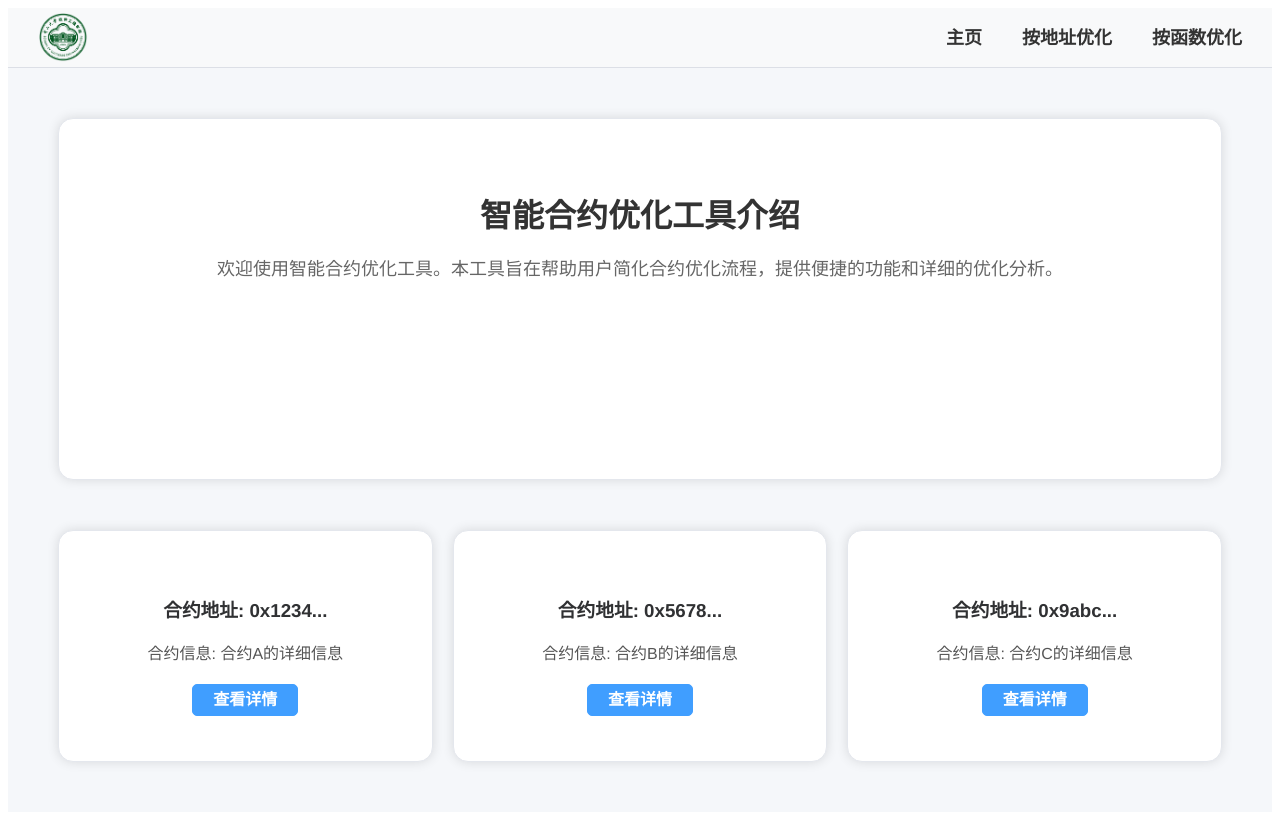
Repository: syckcoding/SmartHalo
Page: /
An editor plug-in stored every save of this project. The page is shown before and after the next save, followed by the edit.
The browser window is 1280 px wide. The pictures show the whole page.
The project was rebuilt for these pictures with package versions that can differ from the ones it lists, and the page was loaded fresh each time. Also part of the build but not shown: vite.config.js, src/views/Detail.vue.

Above is the page before, as saved 2024-10-05 11:49:01.

### src/main.js
import { createApp } from 'vue';
import App from './App.vue';
import router from './router';
import ElementPlus from 'element-plus';
import 'element-plus/dist/index.css';

createApp(App).use(router).use(ElementPlus).mount('#app');

### src/App.vue
<template>
  <div id="app">
    <Navbar />
    <router-view />
  </div>
</template>

<script>
import Navbar from './components/Navbar.vue';

export default {
  components: {
    Navbar,
  },
};
</script>

<style>
/* 样式设置 */
#app {
  font-family: Avenir, Helvetica, Arial, sans-serif;
  text-align: center;
  color: #2c3e50;
}
</style>

### src/router/index.js
import { createRouter, createWebHistory } from 'vue-router';
import Home from '../views/Home.vue';
import Detail from '../views/Detail.vue';

const routes = [
  { path: '/', name: 'Home', component: Home },
  { path: '/detail/:id', name: 'Detail', component: Detail, props: true },
];

const router = createRouter({
  history: createWebHistory(process.env.BASE_URL),
  routes,
});

export default router;

### src/components/Navbar.vue
<template>
  <el-menu :default-active="activeIndex" class="el-menu-demo" mode="horizontal">
    <el-menu-item index="0" class="logo-item">
      <img src="@/assets/intro-image.png" alt="工具LOGO" class="intro-logo" />
    </el-menu-item>
    <div class="menu-right">
      <el-menu-item index="1" @click="goToHome">主页</el-menu-item>
      <el-menu-item index="2" @click="goToAddressOptimization">按地址优化</el-menu-item>
      <el-menu-item index="3" @click="goToFunctionOptimization">按函数优化</el-menu-item>
    </div>
  </el-menu>
</template>

<script>
export default {
  data() {
    return {
      activeIndex: '1',
    };
  },
  methods: {
    goToHome() {
      this.$router.push({ name: 'Home' });
    },
    goToAddressOptimization() {
      this.$router.push({ name: 'Detail', params: { mode: 'address' } });
    },
    goToFunctionOptimization() {
      this.$router.push({ name: 'Detail', params: { mode: 'function' } });
    },
  },
};
</script>

<style scoped>
.el-menu-demo {
  background-color: #f8f9fa;  /* 浅灰色背景，与主页阴影一致 */
  color: #333;
  padding: 10px;
  display: flex;  /* 使用Flex布局 */
  align-items: center;
  justify-content: space-between; /* 主轴两端对齐，使左侧logo与右侧菜单分别靠边 */
}

.logo-item {
  pointer-events: none;
}

.intro-logo {
  width: 50px;
  height: 50px;
  margin-right: 20px;
}

.el-menu-demo .el-menu-item {
  color: #333;
  font-size: 18px;
  font-weight: bold;
  padding: 0 20px;
  transition: color 0.3s ease;
}

.menu-right {
  display: flex;
}
</style>
\

### src/views/Home.vue
<template>
    <div>
      <HomePage />
    </div>
  </template>

  <script>
  import HomePage from '../components/HomePage.vue';

  export default {
    components: {
      HomePage,
    },
  };
  </script>

  <style scoped>
  /* 可根据需要添加样式 */
  </style>

### src/components/HomePage.vue
<!-- 版本一 -->
<!-- <template>
  <div class="home">
    <el-row :gutter="20" class="intro-section">
      <el-col :span="24">
        <el-card class="intro-card">
          <h1 class="intro-title">智能合约优化工具介绍</h1>
          <p class="intro-description">这里是对工具的介绍，包括其主要功能和特色。</p>
        </el-card>
      </el-col>
    </el-row>

    <el-row :gutter="20" class="contracts">
      <el-col :span="8" v-for="contract in contracts" :key="contract.id">
        <el-card class="box-card">
          <div class="card-header">
            <h3>合约地址: {{ contract.address }}</h3>
          </div>
          <div class="card-content">
            <p>合约信息: {{ contract.info }}</p>
          </div>
          <div class="card-actions center-button">
            <el-button type="primary" @click="viewDetails(contract.id)">查看详情</el-button>
          </div>
        </el-card>
      </el-col>
    </el-row>
  </div>
</template>

<script>
export default {
  data() {
    return {
      contracts: [
        { id: 1, address: '0x1234...', info: '合约A的详细信息' },
        { id: 2, address: '0x5678...', info: '合约B的详细信息' },
        { id: 3, address: '0x9abc...', info: '合约C的详细信息' },
      ],
    };
  },
  methods: {
    viewDetails(contractId) {
      this.$router.push({ name: 'Detail', params: { id: contractId } });
    },
  },
};
</script>

<style scoped>
.home {
  padding: 40px;
  background-color: #f8f9fa;
}
.intro-section {
  margin-bottom: 40px;
}
.intro-card {
  padding: 20px;
  min-height: 350px;
  background-color: #ffffff;
  border-radius: 10px;
  box-shadow: 0 4px 8px rgba(0, 0, 0, 0.1);
}
.intro-title {
  font-size: 28px;
  font-weight: bold;
  color: #333;
  margin-bottom: 10px;
}
.intro-description {
  font-size: 16px;
  color: #666;
}
.contracts {
  margin-top: 20px;
}
.box-card {
  padding: 20px;
  background-color: #ffffff;
  border-radius: 10px;
  box-shadow: 0 4px 8px rgba(0, 0, 0, 0.1);
  transition: transform 0.3s ease;
}
.box-card:hover {
  transform: translateY(-5px);
}
.card-header {
  margin-bottom: 10px;
}
.card-content {
  font-size: 14px;
  color: #555;
  margin-bottom: 15px;
}
.card-actions {
  text-align: center;
  display: flex;
  justify-content: center;
  align-items: center;
}
.center-button {
  margin-top: 15px;
}
.el-button {
  background-color: #409eff;
  border-color: #409eff;
  color: #ffffff;
}
.el-button:hover {
  background-color: #66b1ff;
  border-color: #66b1ff;
}
</style> -->


<!-- 版本二 -->
<template>
  <div class="home">
    <el-row :gutter="20" class="intro-section">
      <el-col :span="24">
        <el-card class="intro-card">
          <h1 class="intro-title">智能合约优化工具介绍</h1>
          <p class="intro-description">欢迎使用智能合约优化工具。本工具旨在帮助用户简化合约优化流程，提供便捷的功能和详细的优化分析。</p>
        </el-card>
      </el-col>
    </el-row>

    <el-row :gutter="20" class="contracts">
      <el-col :span="8" v-for="contract in contracts" :key="contract.id">
        <el-card class="box-card">
          <div class="card-header">
            <h3>合约地址: {{ contract.address }}</h3>
          </div>
          <div class="card-content">
            <p>合约信息: {{ contract.info }}</p>
          </div>
          <div class="card-actions center-button">
            <el-button type="primary" @click="viewDetails(contract.id)" class="details-button">查看详情</el-button>
          </div>
        </el-card>
      </el-col>
    </el-row>
  </div>
</template>

<script>
export default {
  data() {
    return {
      contracts: [
        { id: 1, address: '0x1234...', info: '合约A的详细信息' },
        { id: 2, address: '0x5678...', info: '合约B的详细信息' },
        { id: 3, address: '0x9abc...', info: '合约C的详细信息' },
      ],
    };
  },
  methods: {
    viewDetails(contractId) {
      this.$router.push({ name: 'Detail', params: { id: contractId } });
    },
  },
};
</script>

<style scoped>
.home {
  padding: 50px;
  background-color: #f5f7fa; /* 柔和的浅灰色背景，减少视觉疲劳 */
}
.intro-section {
  margin-bottom: 50px;
}
.intro-card {
  padding: 30px;
  min-height: 300px;
  background-color: #ffffff;
  border-radius: 15px; /* 增加圆角，使卡片更柔和 */
  box-shadow: 0 6px 12px rgba(0, 0, 0, 0.1); /* 加深阴影，突出卡片效果 */
}
.intro-title {
  font-size: 32px;
  font-weight: bold;
  color: #333;
  margin-bottom: 15px;
}
.intro-description {
  font-size: 18px;
  color: #666;
}
.contracts {
  margin-top: 30px;
}
.box-card {
  padding: 25px;
  background-color: #ffffff;
  border-radius: 15px;
  box-shadow: 0 6px 12px rgba(0, 0, 0, 0.1);
  transition: transform 0.3s ease, box-shadow 0.3s ease; /* 添加阴影和位置变化的过渡效果 */
}
.box-card:hover {
  transform: translateY(-8px);
  box-shadow: 0 12px 24px rgba(0, 0, 0, 0.15); /* 悬停时增加阴影，提升卡片的层次感 */
}
.card-header {
  margin-bottom: 15px;
}
.card-content {
  font-size: 16px;
  color: #555;
  margin-bottom: 20px;
}
.card-actions {
  text-align: center;
  display: flex;
  justify-content: center;
  align-items: center;
}
.center-button {
  margin-top: 20px;
}
.details-button {
  background-color: #409eff;
  border-color: #409eff;
  color: #ffffff;
  padding: 10px 20px;
  font-size: 16px;
  font-weight: bold;
  border-radius: 5px;
}
.details-button:hover {
  background-color: #66b1ff;
  border-color: #66b1ff;
}
</style>



<!-- <template>
  <div class="home">
    <el-row :gutter="20" class="intro-section">
      <el-col :span="24">
        <el-card class="intro-card">
          <h1 class="intro-title">智能合约优化工具介绍</h1>
          <p class="intro-description">欢迎使用智能合约优化工具。本工具旨在帮助用户简化合约优化流程，提供便捷的功能和详细的优化分析。</p>
        </el-card>
      </el-col>
    </el-row>

    <div class="divider"></div>

    <el-row :gutter="20" class="contracts">
      <el-col :span="8" v-for="contract in contracts" :key="contract.id">
        <el-card class="box-card">
          <div class="card-header">
            <h3>合约地址: {{ contract.address }}</h3>
          </div>
          <div class="card-content">
            <p>合约信息: {{ contract.info }}</p>
          </div>
          <div class="card-actions center-button">
            <el-button type="primary" @click="viewDetails(contract.id)" class="details-button">
              <i class="el-icon-search"></i> 查看详情
            </el-button>
          </div>
        </el-card>
      </el-col>
    </el-row>
  </div>
</template>

<script>
export default {
  data() {
    return {
      contracts: [
        { id: 1, address: '0x1234...', info: '合约A的详细信息' },
        { id: 2, address: '0x5678...', info: '合约B的详细信息' },
        { id: 3, address: '0x9abc...', info: '合约C的详细信息' },
      ],
    };
  },
  methods: {
    viewDetails(contractId) {
      this.$router.push({ name: 'Detail', params: { id: contractId } });
    },
  },
};
</script>

<style scoped>
.home {
  padding: 50px;
  background-color: #f5f7fa; /* 柔和的浅灰色背景，减少视觉疲劳 */
}
.intro-section {
  margin-bottom: 50px;
}
.intro-card {
  padding: 30px;
  min-height: 300px;
  background: linear-gradient(to bottom right, #ffffff, #f0f4f8); /* 添加背景渐变，使卡片更具视觉吸引力 */
  border-radius: 15px; /* 增加圆角，使卡片更柔和 */
  box-shadow: 0 6px 12px rgba(0, 0, 0, 0.1); /* 加深阴影，突出卡片效果 */
}
.intro-title {
  font-size: 32px;
  font-weight: bold;
  color: #333;
  margin-bottom: 15px;
}
.intro-description {
  font-size: 18px;
  color: #666;
}
.intro-features {
  margin-top: 20px;
  padding-left: 20px;
  font-size: 16px;
  color: #666;
}
.intro-features li {
  margin-bottom: 10px;
}
.divider {
  height: 2px;
  background-color: #e0e0e0;
  margin: 40px 0; /* 增加顶部和底部间距，分隔引导和合约部分 */
}
.contracts {
  margin-top: 40px;
}
.box-card {
  padding: 25px;
  background-color: #ffffff;
  border-radius: 15px;
  box-shadow: 0 6px 12px rgba(0, 0, 0, 0.1);
  transition: transform 0.3s ease, box-shadow 0.3s ease; /* 添加阴影和位置变化的过渡效果 */
}
.box-card:hover {
  transform: translateY(-8px);
  box-shadow: 0 12px 24px rgba(0, 0, 0, 0.15); /* 悬停时增加阴影，提升卡片的层次感 */
}
.card-header {
  margin-bottom: 15px;
}
.card-content {
  font-size: 16px;
  color: #555;
  margin-bottom: 20px;
}
.card-actions {
  text-align: center;
  display: flex;
  justify-content: center;
  align-items: center;
}
.center-button {
  margin-top: 20px;
}
.details-button {
  background: linear-gradient(to right, #409eff, #66b1ff); /* 添加渐变背景，使按钮更显眼 */
  border-color: #409eff;
  color: #ffffff;
  padding: 10px 20px;
  font-size: 16px;
  font-weight: bold;
  border-radius: 5px;
  box-shadow: 0 4px 8px rgba(0, 0, 0, 0.2); /* 添加轻微的发光效果，突出按钮 */
}
.details-button:hover {
  background: linear-gradient(to right, #66b1ff, #409eff); /* 悬停时反向渐变，增强交互感 */
  border-color: #66b1ff;
}
</style> -->

Loaded but not shown: index.html (common file)

After the next save:
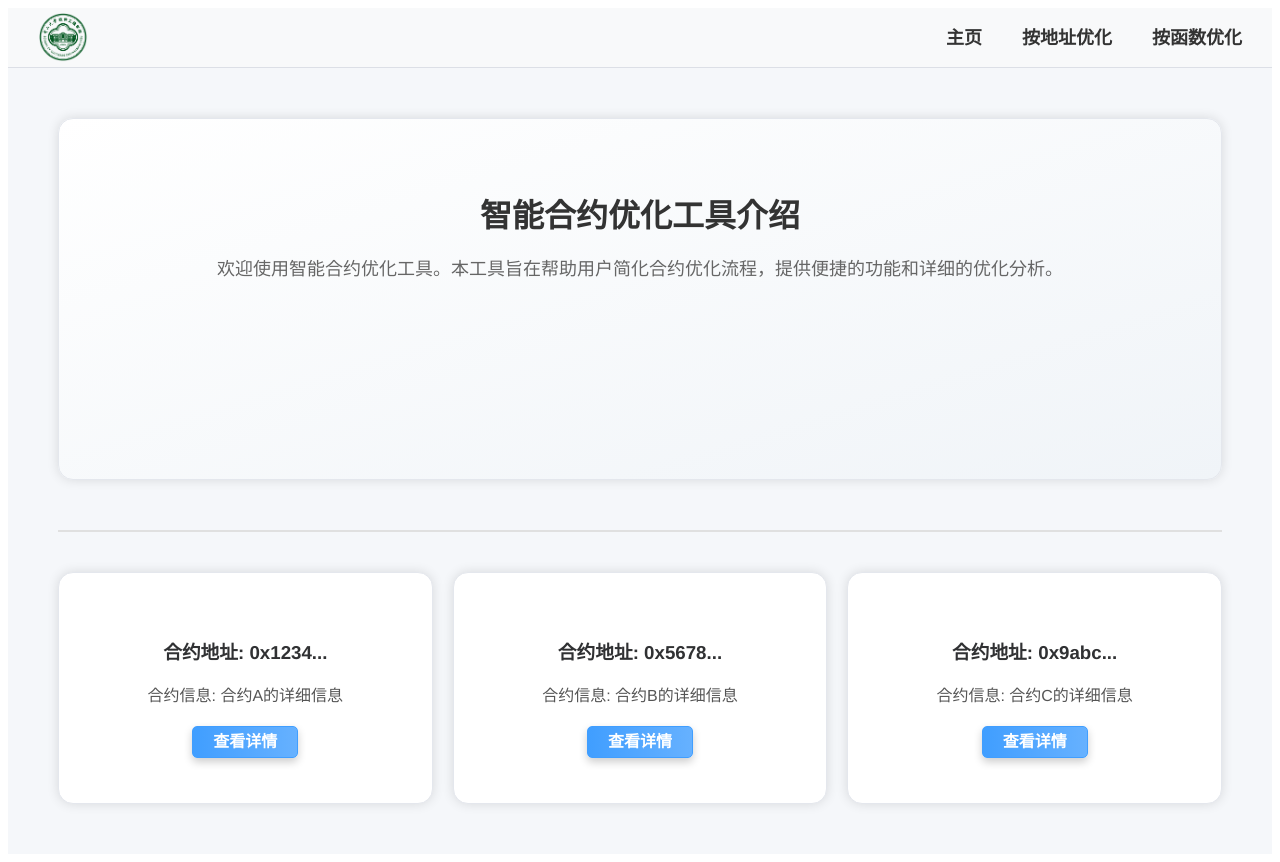
Saved 70 s later.
--- a/src/components/HomePage.vue
+++ b/src/components/HomePage.vue
@@ -1,4 +1,4 @@
-<!-- 版本一 -->
+<!-- !!!版本一!!! -->
 <!-- <template>
   <div class="home">
     <el-row :gutter="20" class="intro-section">
@@ -114,8 +114,9 @@ export default {
 </style> -->
 
 
-<!-- 版本二 -->
-<template>
+
+<!-- !!!版本二!!! -->
+<!-- <template>
   <div class="home">
     <el-row :gutter="20" class="intro-section">
       <el-col :span="24">
@@ -232,11 +233,13 @@ export default {
   background-color: #66b1ff;
   border-color: #66b1ff;
 }
-</style>
-
-
-
-<!-- <template>
+</style> -->
+
+
+
+
+<!-- !!!版本三!!! -->
+<template>
   <div class="home">
     <el-row :gutter="20" class="intro-section">
       <el-col :span="24">
@@ -372,4 +375,4 @@ export default {
   background: linear-gradient(to right, #66b1ff, #409eff); /* 悬停时反向渐变，增强交互感 */
   border-color: #66b1ff;
 }
-</style> -->
+</style>
